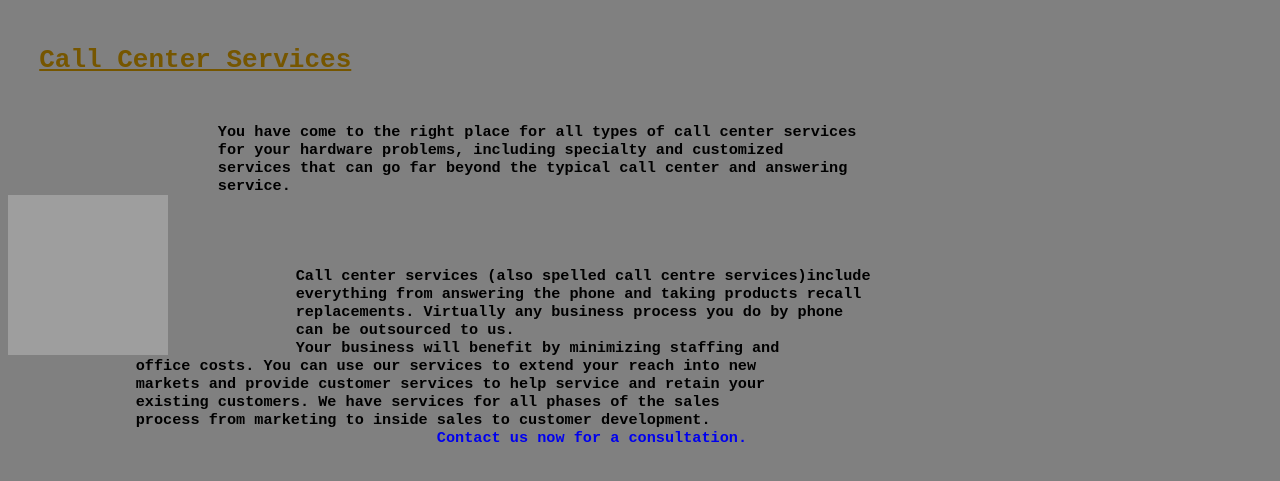
Repository: Ankitr93/CallCenterMgmt
Page: http://localhost/CallCenterManagement/services.jsp
These files come from the project's save history. The page is drawn as it stood at one moment and after the next save; the edit follows.
The browser window is 1280 px wide. The pictures show the whole page.
Pictures or frames that could not be fetched are drawn as grey boxes. The page is served by Tomcat 9. Other server files are loaded and not shown.

Above is the page before, as saved 2013-07-07 16:00:02.

### CallCenterManagement/CallCenterManagement1/CallCenterManagement/WebContent/services.jsp
<%@ page language="java" contentType="text/html; charset=ISO-8859-1"
    pageEncoding="ISO-8859-1"%>
<!DOCTYPE html PUBLIC "-//W3C//DTD HTML 4.01 Transitional//EN" "http://www.w3.org/TR/html4/loose.dtd">
<html>
<head>
<meta http-equiv="Content-Type" content="text/html; charset=ISO-8859-1">
<title>Services</title>
</head>

<body bgcolor="grey">
<pre> <h1><font color="#7656">  <u>Call Center Services</u> </font></h1>
</pre>

         <pre><h3><b>                       You have come to the right place for all types of call center services
                       for your hardware problems, including specialty and customized
                       services that can go far beyond the typical call center and answering
                       service.
<a><img src="C:\Users\SHAMIK\CallCenterManagement1\1.jpg" height="160"width="160" align="left"></a>



              Call center services (also spelled call centre services)include
              everything from answering the phone and taking products recall
              replacements. Virtually any business process you do by phone
              can be outsourced to us.
              Your business will benefit by minimizing staffing and
              office costs. You can use our services to extend your reach into new
              markets and provide customer services to help service and retain your
              existing customers. We have services for all phases of the sales
              process from marketing to inside sales to customer development.
                                              <font color=" light red"> Contact us now for a consultation.</font></b></h3></pre>



</body>
</html>

After the next save:
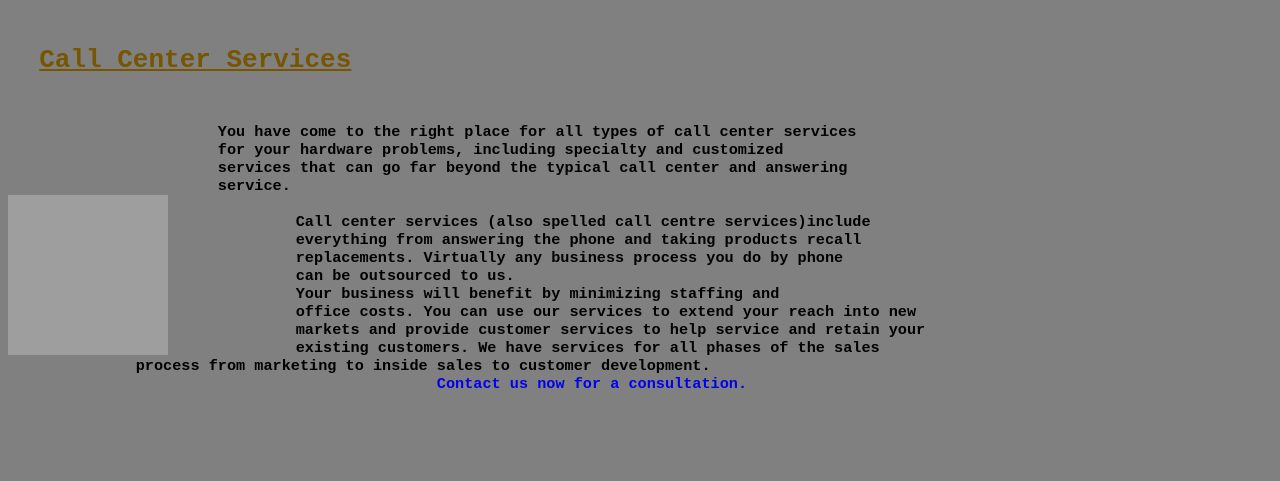
Saved 17 s later.
--- a/CallCenterManagement/CallCenterManagement1/CallCenterManagement/WebContent/services.jsp
+++ b/CallCenterManagement/CallCenterManagement1/CallCenterManagement/WebContent/services.jsp
@@ -16,9 +16,6 @@
                        services that can go far beyond the typical call center and answering
                        service.
 <a><img src="C:\Users\SHAMIK\CallCenterManagement1\1.jpg" height="160"width="160" align="left"></a>
-
-
-
               Call center services (also spelled call centre services)include
               everything from answering the phone and taking products recall
               replacements. Virtually any business process you do by phone
